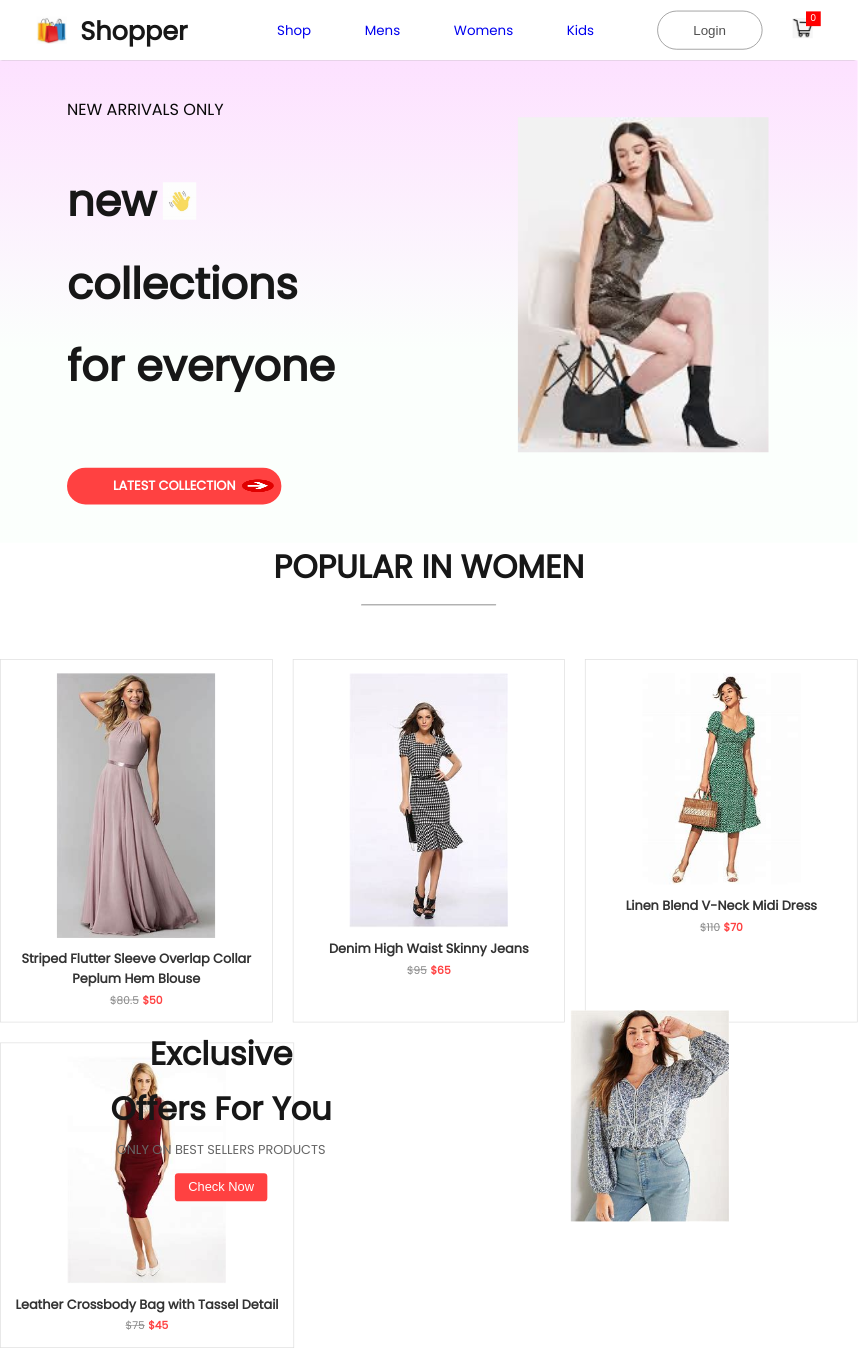
Repository: sshaiv/Shoppie_EcommerceAPP
Page: /
The author's editor kept a copy of each file at every save. The page is drawn from the files as they stood at one save, then again after the next save.
The browser window is 1280 px wide. The pictures show the whole page, at 67% of full size.
The project was rebuilt for these pictures with package versions that can differ from the ones it lists, and the page was loaded fresh each time. Also part of the build but not shown: src/App.css, src/Components/Pages/ShopCategory.jsx, src/Components/Pages/Product.jsx, src/Components/Pages/Cart.jsx, src/Components/Pages/LoginSignup.jsx.

Above is the page before, as saved 2024-07-16 18:35:15.

### public/index.html
<!DOCTYPE html>
<html lang="en">
  <head>
    <meta charset="utf-8" />
    <link rel="icon" href="%PUBLIC_URL%/favicon.ico" />
    <meta name="viewport" content="width=device-width, initial-scale=1" />
    <meta name="theme-color" content="#000000" />
    <meta
      name="description"
      content="Web site created using create-react-app"
    />
    <link rel="apple-touch-icon" href="%PUBLIC_URL%/logo192.png" />
    <!--
      manifest.json provides metadata used when your web app is installed on a
      user's mobile device or desktop. See https://developers.google.com/web/fundamentals/web-app-manifest/
    -->
    <link rel="manifest" href="%PUBLIC_URL%/manifest.json" />
    <!--
      Notice the use of %PUBLIC_URL% in the tags above.
      It will be replaced with the URL of the `public` folder during the build.
      Only files inside the `public` folder can be referenced from the HTML.

      Unlike "/favicon.ico" or "favicon.ico", "%PUBLIC_URL%/favicon.ico" will
      work correctly both with client-side routing and a non-root public URL.
      Learn how to configure a non-root public URL by running `npm run build`.
    -->
    <link rel="preconnect" href="https://fonts.googleapis.com">
    <link rel="preconnect" href="https://fonts.gstatic.com" crossorigin>
    <link href="https://fonts.googleapis.com/css2?family=Poppins&display=swap" rel="stylesheet">
    <title>E-Commerce</title>
  </head>
  <body>
    <noscript>You need to enable JavaScript to run this app.</noscript>
    <div id="root"></div>
    <!--
      This HTML file is a template.
      If you open it directly in the browser, you will see an empty page.

      You can add webfonts, meta tags, or analytics to this file.
      The build step will place the bundled scripts into the <body> tag.

      To begin the development, run `npm start` or `yarn start`.
      To create a production bundle, use `npm run build` or `yarn build`.
    -->
  </body>
</html>

### src/index.css
*{
  margin: 0;
}

body {
  margin: 0;
  font-family: -apple-system, BlinkMacSystemFont, 'Segoe UI', 'Roboto', 'Oxygen',
    'Ubuntu', 'Cantarell', 'Fira Sans', 'Droid Sans', 'Helvetica Neue',
    sans-serif;
  -webkit-font-smoothing: antialiased;
  -moz-osx-font-smoothing: grayscale;

 font-family:'Poppins';

}

code {
  font-family: source-code-pro, Menlo, Monaco, Consolas, 'Courier New',
    monospace;
}

### src/App.js
import React from 'react';
import './App.css';
import Navbar from './Components/Navbar/Navbar';
import { BrowserRouter, Routes, Route } from 'react-router-dom';
import ShopCategory from './Components/Pages/ShopCategory';
import Product from './Components/Pages/Product';
import Cart from './Components/Pages/Cart';
import LoginSignup from './Components/Pages/LoginSignup';
import Shop from './Components/Pages/Shop';

const App = () => {
  return (
    <div>
      <BrowserRouter>
        <Navbar />
        <Routes>
          <Route path='/' element={<Shop />} />
          <Route path='/mens' element={<ShopCategory category='mens' />} />
          <Route path='/womens' element={<ShopCategory category='women' />} />
          <Route path='/kids' element={<ShopCategory category='kids' />} />
          <Route path='/product' element={<Product />} />
          <Route path='/product/:productID' element={<Product />} />
          <Route path='/cart' element={<Cart />} />
          <Route path='/login' element={<LoginSignup />} />
        </Routes>
      </BrowserRouter>
    </div>
  );
}

export default App;

### src/Components/Navbar/Navbar.jsx
import React, { useState } from 'react'
import './Navbar.css'
import logo from '../Assets/logo.png'
import cart_icon from '../Assets/cart_icon.png'
import { Link } from 'react-router-dom'

const Navbar = () => {
const [menu,setMenu]=useState("shop");

  return (
    <div>
      <div className='navbar'>
        <div className='nav-logo'>
          <img src={logo} alt="Logo" />
          <p>Shopper</p>
        </div>
        <ul className='nav-menu'>
            <li onClick={()=>{setMenu("shop")}}><Link style={{textDecoration:'none'}} to='/'>Shop </Link>{menu==="shop"? <hr/> :<></>}   </li>
            <li onClick={()=>{setMenu("mens")}}><Link style={{textDecoration:'none'}}  to='/mens'>Mens</Link> {menu==="shop"? <hr/> :<></>} </li>
            <li onClick={()=>{setMenu("womens")}}><Link style={{textDecoration:'none'}}  to='/womens'>Womens </Link> {menu==="shop"? <hr/> :<></>} </li>
            <li onClick={()=>{setMenu("kids")}}><Link style={{textDecoration:'none'}}  to='/kids'>Kids</Link> {menu==="shop"? <hr/> :<></>} </li>
        </ul>

        <div className="nav-login-cart">
          <Link to='/login'>  <button>Login</button></Link>
       <Link to='/cart'>   <img src={cart_icon} alt="" /></Link>
      <div className="nav-cart-count">0</div>
        </div>
      </div>
    </div>
  )
}

export default Navbar

### src/Components/Pages/Shop.jsx
import React from 'react';
import Hero from '../Hero/Hero';
import Popular from '../Popular/Popular';
import Offers from '../Offers/Offers';


const Shop = () => {
  return (
    <div>
      <Hero/>
      <Popular/>
      <Offers/>
    </div>
  );
}

export default Shop;

### src/Components/Navbar/Navbar.css
.navbar{
    display: flex;
    justify-content: space-around;
    padding: 16px;
    box-shadow:0 1px 3px -2px black ;

}
.nav-logo{
    display:flex;
    align-items: center;
    gap: 10px;
}

.nav-logo p{
    color: #171717;
    font-size: 38px;
    font-weight: 600;
}
.nav-menu{
    display:flex;
    align-items:center;
    list-style: none;
    gap: 50px;
    color:#626262;
    font-size: 20px;
    font-weight: 500;

}


  .nav-logo img {
    height: 40px;
    margin-right: 10px;
  }



  .nav-menu li {
    margin: 0 15px;
    position: relative;
    cursor: pointer;
  }

  .nav-menu li:hover hr {
    display: block;
  }

  .nav-menu hr {
    display: none;
    width: 80%;
    height: 3px;
    border-radius: 10px;
    background-color:red;

  }

  .nav-login-cart {
    display: flex;
    align-items: center;
    gap: 45px;
  }

  .nav-login-cart button {
    width: 157px;
    height: 58px;
    outline: none;
    border: 1px solid #7a7a7a;
    border-radius: 75px;
    color:#515151;
    font-size: 20px;
    font-weight: 500;
    background: white;
    cursor: pointer;
  }

  .nav-login-cart button:active{
    background:#f3f3f3;
  }
  .nav-login-cart img {
    height: 30px;
    cursor: pointer;
  }
  .nav-cart-count{
    width: 22px;
    height: 22px;
    display: flex;
    justify-content: center;
    align-items:center;
    margin-top: -35px;
    margin-left: -55px;
    border: radius 11px;
    font-size: 14px;
    background-color:red;
    color:white;
  }

  @media (max-width: 768px) {
    .navbar {
      flex-direction: column;
      align-items: center;
    }

    .nav-logo p {
      font-size: 20px;
    }

    .nav-menu {
      flex-direction: column;
      align-items: center;
      gap: 10px;
    }

    .nav-menu li {
      margin: 10px 0;
    }

    .nav-login-cart {
      flex-direction: column;
      align-items: center;
      gap: 10px;
    }
  }

### src/Components/Hero/Hero.jsx
import React from "react";
import "./Hero.css";
import hand_icon from "../Assets/hand_icon.png";
import arrow_icon from "../Assets/arrow_icon.png";
import hero_imae from '../Assets/hero_imae.png';

const Hero = () => {
  return (
    <div className="hero">
      <div className="hero-left">
        <h2>NEW ARRIVALS ONLY</h2>
        <div className="hero-hand-icon">
          <p>new</p>
          <img src={hand_icon} alt="hand icon" />
        </div>
        <p>collections</p>
        <p>for everyone</p>
        <div className="hero-latest-btn">
          <div>Latest Collection</div>
          <img src={arrow_icon} alt="arrow icon" />
        </div>
      </div>
      <div className="hero-right">
        <img src={hero_imae} alt="hero" />
      </div>
    </div>
  );
};

export default Hero;

### src/Components/Popular/Popular.jsx
import React from 'react';
import './Popular.css';
import data_product from '../Assets/data';
// import Item from '../Item/Item';

const Popular = () => {
  return (
    <div className='popular'>
      <h1>POPULAR IN WOMEN</h1>
      <hr />
      <div className="popular-item">
        {data_product.map((item, i) => (
          <div className="item" key={i}>
            <img src={item.image} alt={item.name} />
            <div className="name">{item.name}</div>
            <div className="price">
              <span className="old-price">${item.old_price}</span>
              <span className="new-price">${item.new_price}</span>
            </div>
          </div>
        ))}
      </div>
    </div>
  );
}

export default Popular;

### src/Components/Offers/Offers.jsx
import React from 'react'
import './Offers.css'
import exclusive_image from '../Assets/exclusive_image.png'

const Offers = () => {
  return (
    <div className='offers'>
      <div className="offers-left">
        <h1>Exclusive</h1>
        <h1>Offers For You</h1>
        <p>ONLY ON BEST SELLERS PRODUCTS </p>
        <button>Check Now</button>
      </div>
      <div className="offers-right">
        <img src={exclusive_image} alt="" />
      </div>
    </div>
  )
}

export default Offers

### src/Components/Hero/Hero.css
.hero {
    height: 100vh;
    background: linear-gradient(180deg, #fde1ff, #e1ffea22 60%);
    display: flex;
    justify-content: space-between;
    align-items: center;
    padding: 0 50px;
    box-sizing: border-box;
  }

  .hero-left {
    flex: 1;
    display: flex;
    flex-direction: column;
    justify-content: center;
    gap: 20px;
    padding-left: 50px;
    line-height: 1.3;
  }

  .hero-left h2 {
    color: #090909;
    font-size: 1.5rem;
    font-weight: 500;
    position: relative;
    bottom: 50px;
  }

  .hero-left p {
    color: #171717;
    font-size: 4rem;
    font-weight: 700;
    margin: 10px 0;
  }

  .hero-hand-icon {
    display: flex;
    align-items: center;
    gap: 10px;
    font-size: 1.5rem;
    font-weight: 500;
    color: #ff4141;
  }

  .hero-hand-icon img {
    width: 50px;
  }
  .hero-latest-btn {
    width: 260px;
    display: flex;
    justify-content: center;
    align-items: center;
    gap: 10px;
    padding: 15px 30px;
    border-radius: 50px;
    margin-top: 30px;
    background: #ff4141;
    color: white;
    font-size: 1.2rem;
    font-weight: 600;
    text-transform: uppercase;
    transition: background 0.3s ease, transform 0.3s ease;
    cursor: pointer;
    position: relative;
    top: 50px; /* Add position relative to the parent */
  }

  .hero-latest-btn img {
    height: 20px;
    width: 50px;
    position: absolute; /* Position the image absolutely */
    right: 10px; /* Adjust right position as needed */
  }

  .hero-latest-btn:hover {
    background: #e63939;
    transform: scale(1.05);
  }


  .hero-right {
    flex: 1;
    display: flex;
    justify-content: center;
    align-items: center;
    padding-right: 50px;
  }

  .hero-right img {
    max-width: 100%;
    height: 500px;
   position: relative;
   left: 50px;
   bottom: 25px;

  }

### src/Components/Popular/Popular.css
.popular {
    height: 90vh;
    display: flex;
    flex-direction: column;
    align-items: center;
    gap: 10px;
    bottom: 25px;
  }

  .popular h1 {
    font-size: 3rem; /* Adjusted font size */
    font-weight: 600;
    color: #171717;
    margin-bottom: 10px; /* Added margin for spacing */
  }

  .popular hr {
    width: 200px;
    height: 6px;
    border-radius: 10px;
    background: #252525;
    margin-bottom: 20px; /* Added margin for spacing */
  }

  .popular-item {
    margin-top: 50px;
    display: flex;
    flex-wrap: wrap; /* Allow items to wrap onto new lines */
    justify-content: space-between; /* Distribute items with space between */
    gap: 30px; /* Increased gap between items */
  }

  .popular-item .item {
    border: 1px solid #ddd; /* Example border style for items */
    padding: 20px; /* Example padding for items */
    flex: 1 1 300px; /* Flex basis to control item width */
    max-width: calc(33.33% - 30px); /* Adjust for three items per row */
    text-align: center;
  }

  .popular-item .item img {
    max-width: 100%;
    height: auto;
    margin-bottom: 10px; /* Space below image */
  }

  .popular-item .item .name {
    font-size: 1.2rem; /* Adjusted font size for item name */
    font-weight: bold;
    color: #333;
    margin-bottom: 5px; /* Space below name */
  }

  .popular-item .item .price {
    font-size: 1rem; /* Adjusted font size for prices */
    color: #888;
  }

  .popular-item .item .old-price {
    text-decoration: line-through; /* Strikethrough for old price */
    margin-right: 5px; /* Space between old and new price */
  }

  .popular-item .item .new-price {
    font-weight: bold;
    color: #ff4141;
  }

  @media (max-width: 768px) {
    .popular h1 {
      font-size: 2rem; /* Adjusted font size for smaller screens */
    }

    .popular-item .item {
      max-width: calc(50% - 20px); /* Adjust for two items per row */
    }
  }

### src/Components/Assets/data.js
import p1_img from './product1.png'
import p2_img from './product2.png'
import p3_img from './product3.png'
import p4_img from './product4.png'


let data_product = [
    {
      id: 1,
      name: "Striped Flutter Sleeve Overlap Collar Peplum Hem Blouse",
      image: p1_img,
      new_price: 50.00,
      old_price: 80.50,
    },
    {
      id: 2,
      name: "Denim High Waist Skinny Jeans",
      image: p2_img,
      new_price: 65.00,
      old_price: 95.00,
    },
    {
      id: 3,
      name: "Linen Blend V-Neck Midi Dress",
      image: p3_img,
      new_price: 70.00,
      old_price: 110.00,
    },
    {
      id: 4,
      name: "Leather Crossbody Bag with Tassel Detail",
      image: p4_img,
      new_price: 45.00,
      old_price: 75.00,
    },
  ];


export default data_product;

### src/Components/Offers/Offers.css
.offers {
    display: flex;
    justify-content: space-around;
    align-items: center;
    margin: 50px 0;
  }

  .offers-left {
    flex: 1;
    padding: 0 20px;
    text-align: center;
  }

  .offers-left h1 {
    font-size: 3rem;
    font-weight: bold;
    color: #171717;
    margin-bottom: 10px;
  }

  .offers-left p {
    color: #666;
    font-size: 1.2rem;
    margin-bottom: 20px;
  }

  .offers-left button {
    padding: 10px 20px;
    background-color: #ff4141;
    color: white;
    border: none;
    border-radius: 5px;
    font-size: 1.2rem;
    cursor: pointer;
    transition: background-color 0.3s ease;
  }

  .offers-left button:hover {
    background-color: #e63939;
  }

  .offers-right {
    flex: 1;
    display: flex;
    justify-content: center;
  }

  .offers-right img {
    max-width: 100%;
    height: auto;
  }

Loaded but not shown: src/index.js (common file); src/reportWebVitals.js (common file)

After the next save:
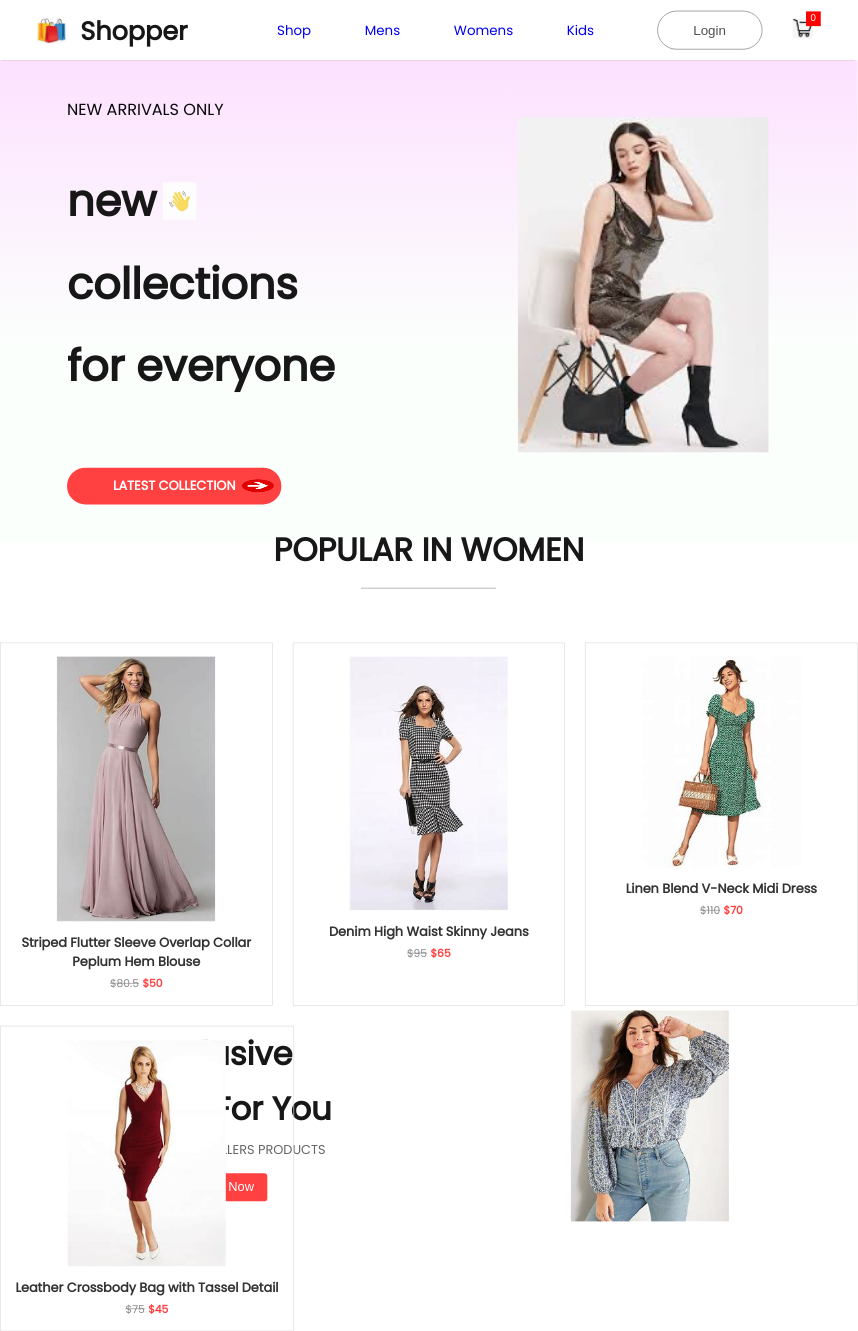
Saved 10 s later.
--- a/src/Components/Popular/Popular.css
+++ b/src/Components/Popular/Popular.css
@@ -4,6 +4,7 @@
     flex-direction: column;
     align-items: center;
     gap: 10px;
+    position: relative;
     bottom: 25px;
   }
 
